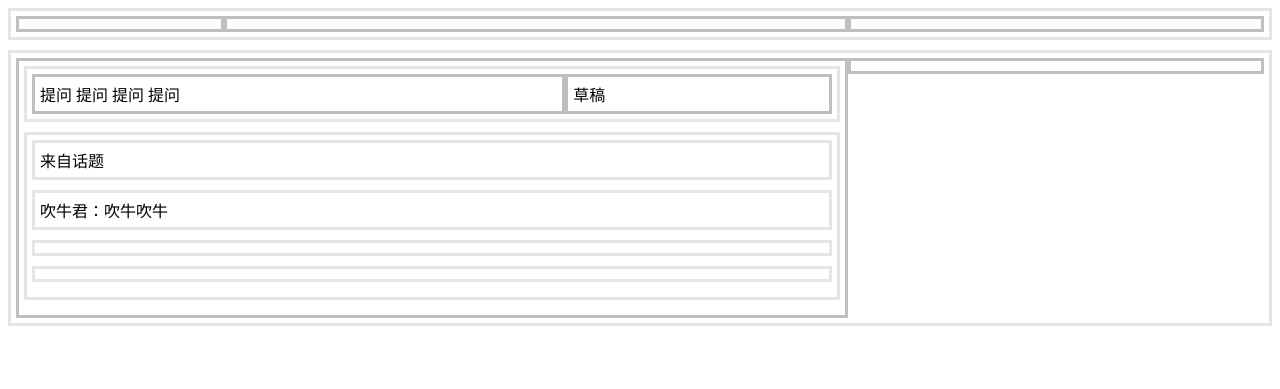
Repository: 0xbul1/biao-class-3
Page: practice/012-float-grid/zhihu.html
An editor plug-in stored every save of this project. The page is shown before and after the next save, followed by the edit.
The browser window is 1280 px wide. The pictures show the whole page.

Above is the page before, as saved 2018-10-04 14:16:08.

After the next save:
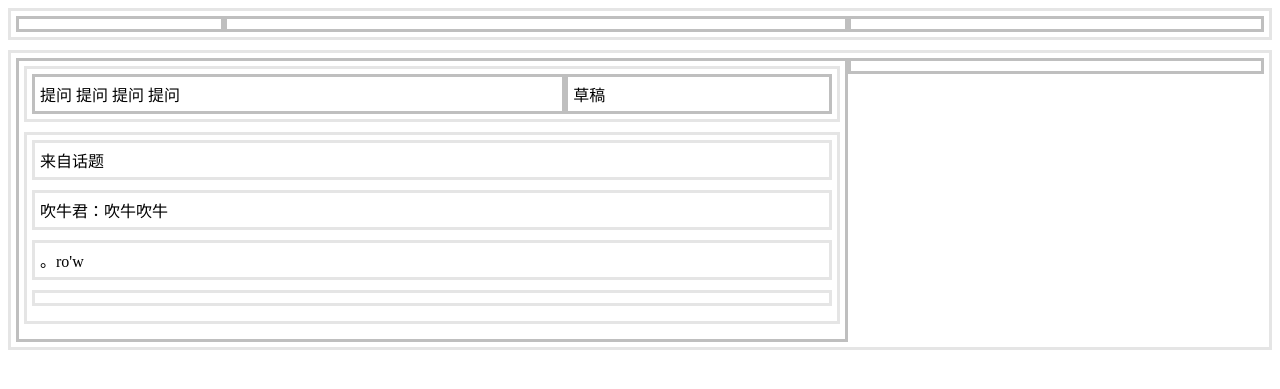
Saved 4 s later.
--- a/practice/012-float-grid/zhihu.html
+++ b/practice/012-float-grid/zhihu.html
@@ -82,7 +82,7 @@
             <div class="row">来自话题</div>
             <div class="row">吹牛君：吹牛吹牛</div>
             <div class="row">
-
+                。ro'w
             </div>
             <div class="row"></div>
         </div>
